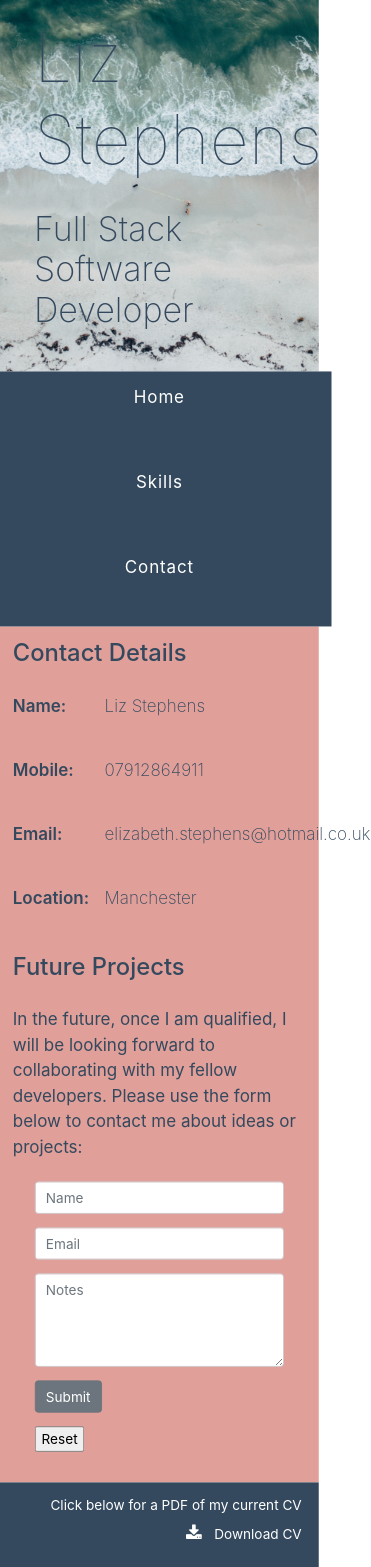
Repository: Liz94688/portfolio-site
Page: contact.html
The author's editor kept a record of every edit. The page is drawn from the files as they stood at one moment, then again after the next edit.
The browser window is 375 px wide. The page is 436 px wide, so the pictures cover 436 px, including what lies to the right of the window. The pictures show the whole page, at 85% of full size.

Above is the page before.

After the next edit:
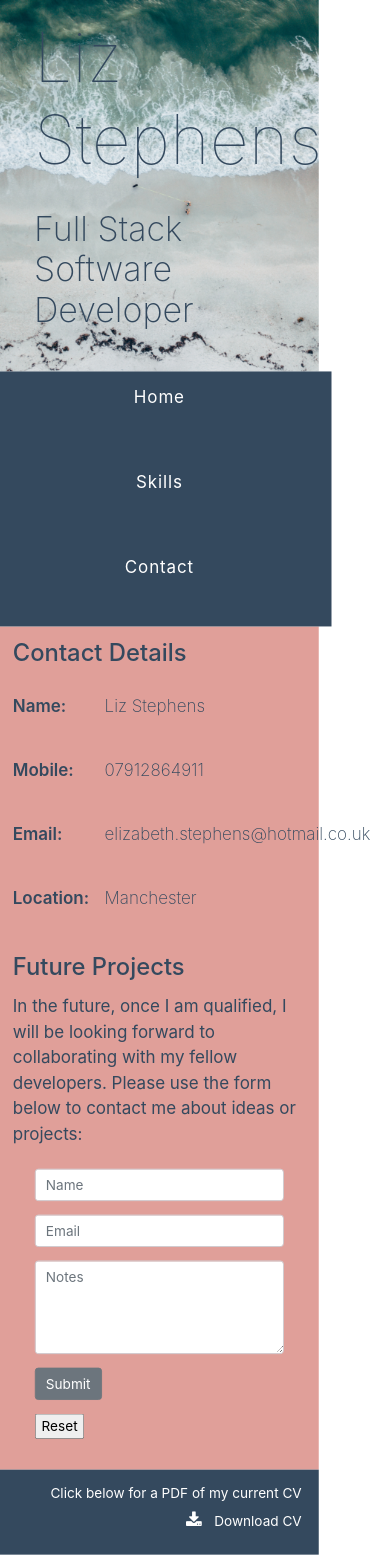
The edit:
--- a/assets/css/style.css
+++ b/assets/css/style.css
@@ -419,6 +419,12 @@
 }
 
 @media(max-width: 600px) {
+    .contact-form-title {
+        margin-bottom: 15px;
+    }
+}
+
+@media(max-width: 600px) {
     .contact-details-itemised {
         margin-bottom: 0px;
         padding: 0;
